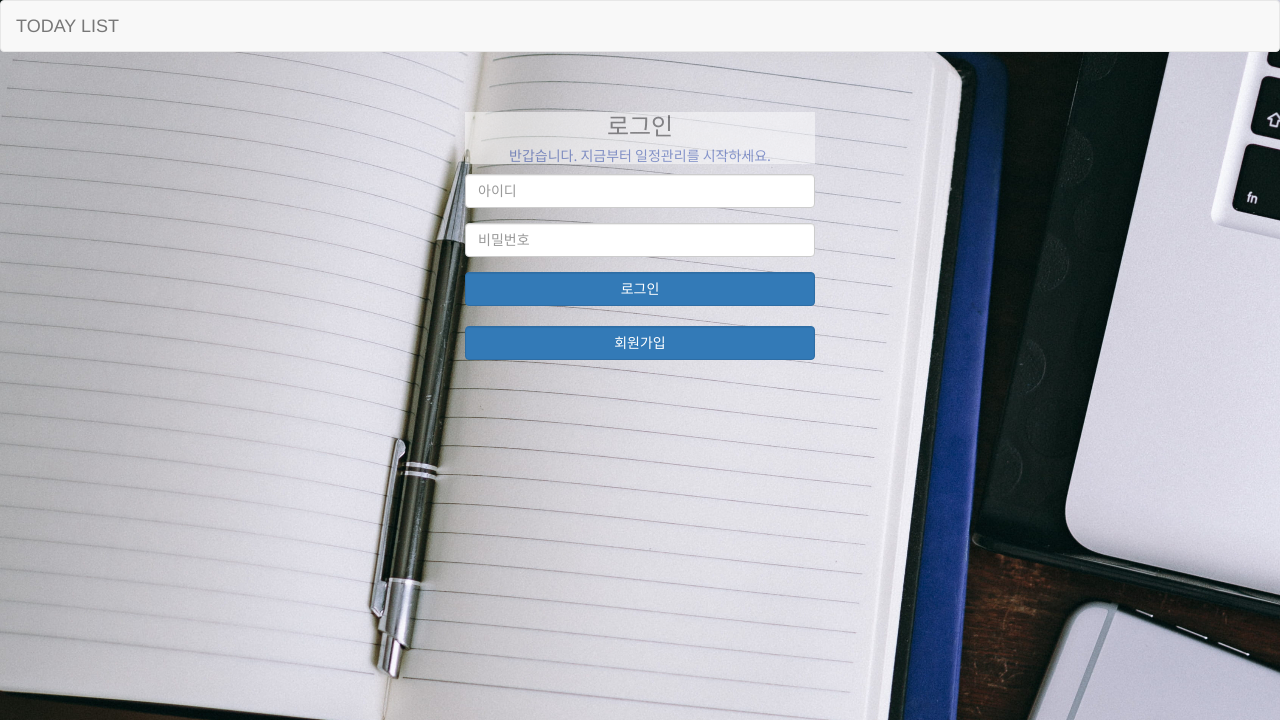
Repository: heedayday/today_list
Page: http://localhost/TODOLIST2/login.jsp
An editor plug-in stored every save of this project. The page is shown before and after the next save, followed by the edit.
The browser window is 1280 px wide. The pictures show the whole page.
The page is served by Tomcat 9.

Above is the page before, as saved 2020-11-12 18:38:30.

### TODOLIST2/WebContent/login.jsp
<%@ page language="java" contentType="text/html; charset=UTF-8"
    pageEncoding="UTF-8"%>
<!DOCTYPE html>
<html>
<head>
<link rel="preconnect" href="https://fonts.gstatic.com">
<link href="https://fonts.googleapis.com/css2?family=Noto+Sans+KR&display=swap" rel="stylesheet">
<meta http-equiv="Content-Type" content="text/html; charset=UTF-8">
<meta name="viewport" content="width=device-with" , initial-scale="1">
<link rel="stylesheet" href="css/bootstrap.css">
<title>TODAY LIST 일정관리</title>
<style>
body {
  background-image: url("login6.jpg");
}
#nomal{
        padding: 0px 0px 0px 0px;
        font-weight: bold;
        text-align: center;
        background-color: #ffffff;
        opacity: 0.5;
      }
</style>
</head>
<body>
	<nav class="navbar navbar-default">
		<div class="navbar-header">
			<button type="button" class="navbar-toggle collapsed"
				data-toggle="collapse" data-target="#bs-example-navbar-collapse-1"
				aria-expanded="false">
				<span class="icon-bar"></span>
				<span class="icon-bar"></span>
				<span class="icon-bar"></span>
			</button>
			<a class ="navbar-brand">TODAY LIST</a>
		</div>

	</nav>
	<div class="container">
		<div class="col-lg-4"></div>
		<div class="col-lg-4">
			<div class="jumpbotron" style="padding-top:20px;">
				 <form method="post" action="loginAction.jsp">
				 <div id="nomal">
				 	<h3 style="text-align: center;  font-family: 'Noto Sans KR', sans-serif; backr " >로그인</h3>
				 	<h5 style="text-align: center; color: #3553b7; font-family: 'Noto Sans KR', sans-serif; " >반갑습니다. 지금부터 일정관리를 시작하세요.</h5>
				 	</div>
				 	<div class="form-group">
				 		<input type="text" class="form-control" placeholder="아이디" name="userID" maxlength="20">
				 	</div>
				 	<div class="form-group">
				 		<input type="password" class="form-control" placeholder="비밀번호" name="userPassword" maxlength="20">
				 	</div>
				 	<input type="submit" class="btn-primary form-control" value="로그인">
				 	<br />
				 	<input type="button" class="btn-primary form-control" onClick="location.href='join.jsp'" value="회원가입">

				 </form>
			</div>
		</div>
	</div>
 	<script src= "https://code.jquery.com/jquery-3.5.1.min.js"></script>
 	<script src="js/bootstrap.js"></script>
</body>
</html>

Loaded but not shown: TODOLIST2/WebContent/css/bootstrap.css (library); TODOLIST2/WebContent/js/bootstrap.js (library)

After the next save:
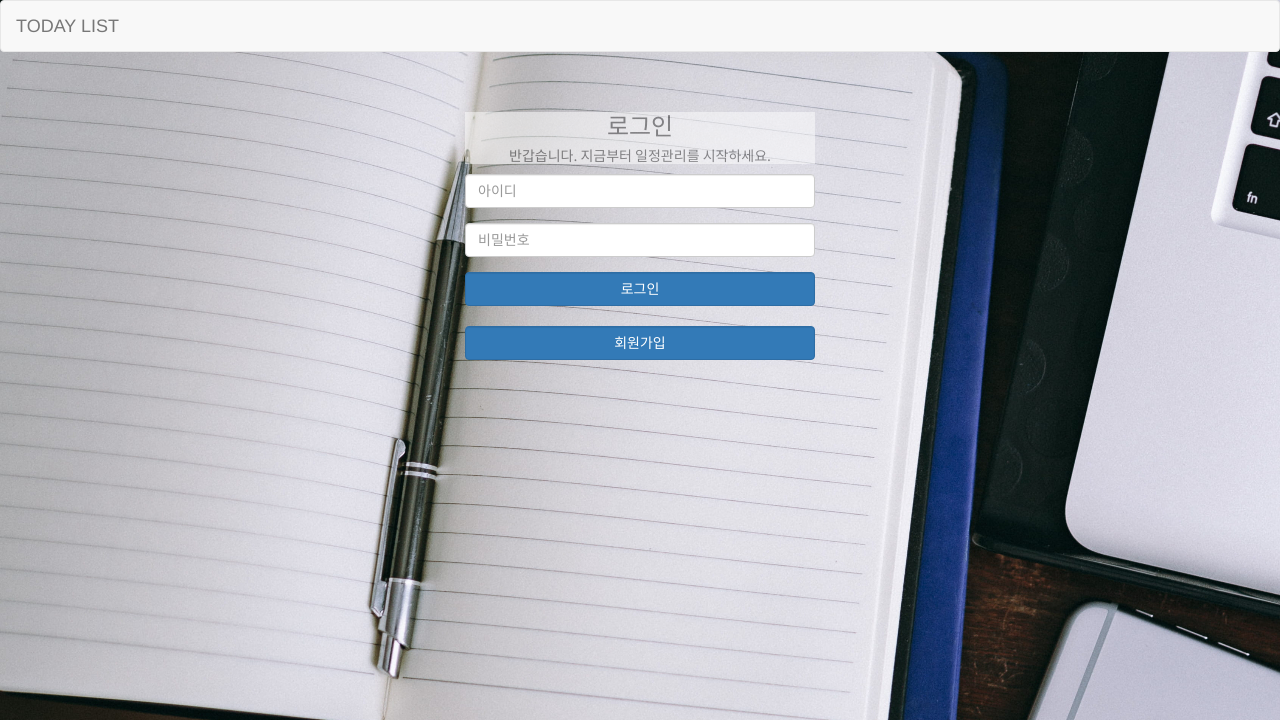
Saved 10 s later.
--- a/TODOLIST2/WebContent/login.jsp
+++ b/TODOLIST2/WebContent/login.jsp
@@ -43,7 +43,7 @@ body {
 				 <form method="post" action="loginAction.jsp">
 				 <div id="nomal">
 				 	<h3 style="text-align: center;  font-family: 'Noto Sans KR', sans-serif; backr " >로그인</h3>
-				 	<h5 style="text-align: center; color: #3553b7; font-family: 'Noto Sans KR', sans-serif; " >반갑습니다. 지금부터 일정관리를 시작하세요.</h5>
+				 	<h5 style="text-align: center;  font-family: 'Noto Sans KR', sans-serif; " >반갑습니다. 지금부터 일정관리를 시작하세요.</h5>
 				 	</div>
 				 	<div class="form-group">
 				 		<input type="text" class="form-control" placeholder="아이디" name="userID" maxlength="20">
